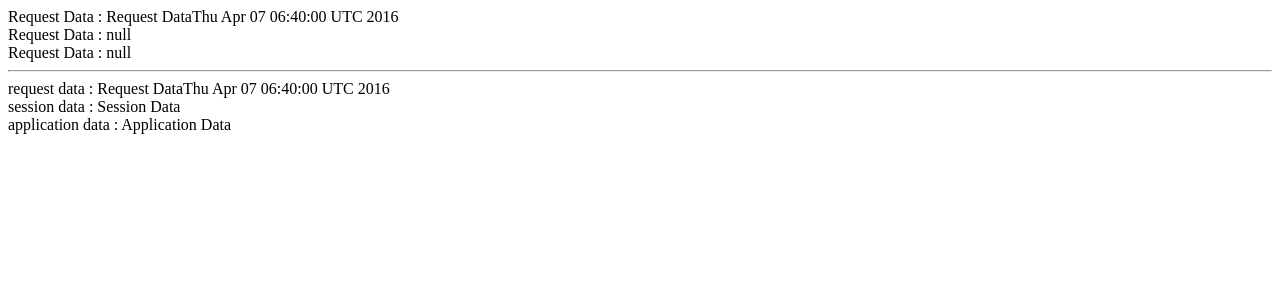
Repository: yeobinJeong/demoweb
Page: http://localhost/example-web/eltest.action
These files come from the project's save history. The page is drawn as it stood at one moment and after a run of saves; the edit follows.
The browser window is 1280 px wide. The pictures show the whole page.
The page is served by Tomcat 9.

Above is the page before, as saved 2016-04-20 01:49:15.

After the next 2 saves:
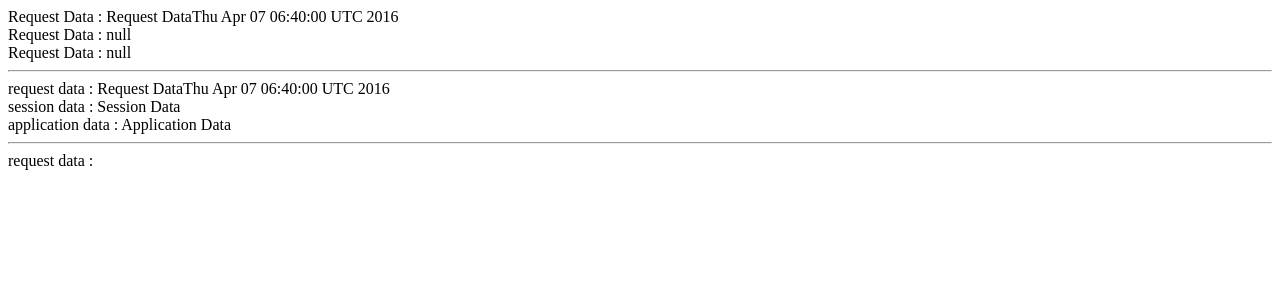
The 2 saves are shown as one change because they came seconds apart.
The last was saved 80 s later.
--- a/example-web/WebContent/jspdemo/10.el-result.jsp
+++ b/example-web/WebContent/jspdemo/10.el-result.jsp
@@ -20,6 +20,9 @@
 	session data : ${ sessionScope.data2 }<br/>
 	application data : ${ applicationScope.data3 }<br/>
 
+	<hr/>
+
+	request data : ${ requestScope.person.getName() }<br/>
 
 </body>
 </html>
